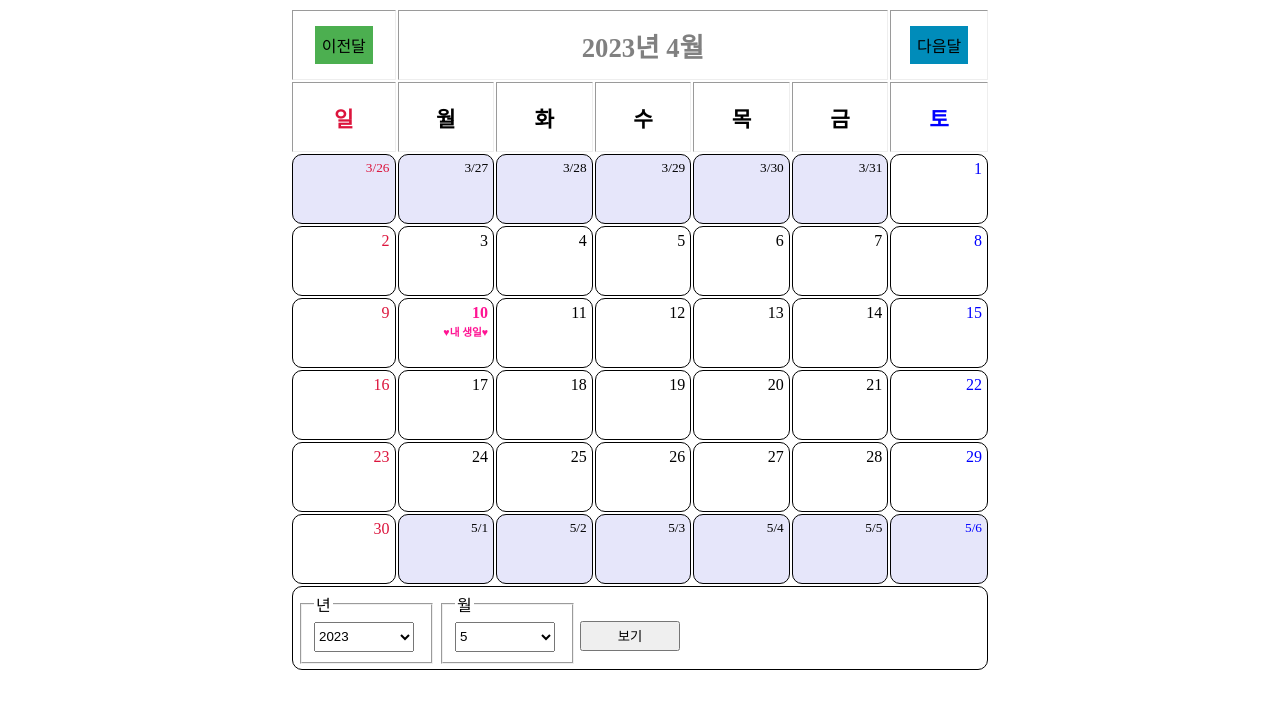
Repository: sangah-park98/jsp-class
Page: http://localhost/k20230502_1_calendar/calendar.jsp?year=2023&month=4
The author's editor kept a copy of each file at every save. The page is drawn from the files as they stood at one save, then again after the next save.
The browser window is 1280 px wide. The pictures show the whole page.
The page is served by Tomcat 9.

Above is the page before, as saved 2023-05-02 09:28:27.

### k20230502_1_calendar/src/main/webapp/calendar.jsp
<%@page import="java.util.Calendar"%>
<%@page import="java.util.Date"%>
<%@page import="com.tjoeun.myCalendar.MyCalendar"%>
<%@ page language="java" contentType="text/html; charset=UTF-8" pageEncoding="UTF-8"%>
<!DOCTYPE html>
<html>
<head>
<meta charset="UTF-8">
<title>만년 달력</title>

<style type="text/css">

	table{
		/* border: 선두께 선종류 선색상 */
		border: 0px solid;
	}
	tr {
		height: 70px;
		border-width: 0px;
		font-family: SB 어그로;
	}
	th {
		font-size: 16pt;
		width: 100px;
	}
	th#title {
		font-size: 20pt; /* 글꼴 크기 */
		font-weight: bold; /* 글꼴 두께 */
		color: grey;
	}
	th#sunday {
		color: Crimson;
	}
	th#saturday {
		color: blue;
	}
	td {
		text-align: right; /* 수평 정렬 */
		vertical-align: top; /* 수직 정렬 top, middle, bottom */
		border: 1px solid black;
		border-radius: 10px;
	}

	td.sun {
		color: Crimson;
	}
	td.sat {
		color: blue;
	}
	td#beforesun {
		color: Crimson;
		font-size: 10pt;
		background-color: lavender;
	}
	td.before {
		font-size: 10pt;
		background-color: lavender;
	}
	td#aftersat {
		color: blue;
		font-size: 10pt;
		background-color: lavender;
	}
	td.after {
		font-size: 10pt;
		background-color: lavender;
	}
	td#choice {
		text-align: left;
		vertical-align: middle;
	}
	td.holiday {
		color: red;
		background-color: white;
		font-weight: bold;
	}
	td.star {
		color: DeepPink;
		background-color: white;
		font-weight: bold;
	}
	span {
		font-size: 8pt;
	}

	/*
	하이퍼링크 스타일 지정하기
	link: 1번도 클릭하지 않은 하이퍼링크
	visited: 1번 이상 클릭한 하이퍼링크
	hover: 하이퍼링크에 마우스를 올리고 있을 때
	active: 하이퍼링크를 마우스로 누르고 있을 때

	 a:link {
		color: black;
		text-decoration: none;
	}
	 a:visited {
		color: black;
		text-decoration: none;
	}
	  a:link, a:visited {
		color: black;
		text-decoration: none;
	}
	 */
	  a {
		color: black;
		text-decoration: none; /* 밑줄 */
	}
	  a:hover {
		color: blue;
		text-decoration: underline;
	}
	  a:active {
		color: dodgerblue;
		text-decoration: underline;
	}

	 .button {
	  background-color: #4CAF50; /* Green */
	  border: none;
	  color: white;
	  padding: 5px;
	  text-align: center;
	  text-decoration: none;
	  display: inline-block;
	  font-size: 16px;
	  margin: 0; /* 바깥 여백 */
	  transition-duration: 0.4s; /* 색이 바뀌는데 걸리는 시간 */
	  cursor: default; /* 마우스 모양 */
	}

	.button1 {
	  background-color: #4CAF50;
	  color: black;
	  border: 2px solid #4CAF50;
	}

	.button1:hover {
	  background-color: #4CAF50;
	  color: white;
	}

	.button1:hover {
	  background-color: #4CAF50;
	  color: white;
	}

	.button2 {
	  background-color: #008CBA;
	  color: black;
	  border: 2px solid #008CBA;
	}

	.button2:hover {
	  background-color: #008CBA;
	  color: white;
	}

	.select {
		width: 100px;
		height: 30px;
	}

	fieldset {
		width: 105px;
		display: inline;
	}

</style>

</head>
<body>

<%
//	달력 메소드 테스트
//	out.println(MyCalendar.isLeapYear(2023));
//	out.println(MyCalendar.lastDay(2024, 2));
//	out.println(MyCalendar.totalDay(2023, 2, 28));
//	out.println(MyCalendar.weekDay(2023, 2, 28));

// 	컴퓨터 시스템의 년, 월을 얻어온다.
//	Date date = new Date();
//	int year = date.getYear()+ 1900;
//	int month = date.getMonth() +1;
//	out.println(year +"년 " + month + "월 ");

	Calendar calendar = Calendar.getInstance();
	int year = calendar.get(Calendar.YEAR);
	int month = calendar.get(Calendar.MONTH) +1;
//	out.println(year +"년 " + month + "월 ");

//		이전달, 다음달 하이퍼링크 또는 버튼을 클릭하면 get 방식으로 넘어오는 달력을 출력할 년, 월을 받는다.
//		달력이 최초로 실행되면 이전 페이지가 존재하지 않기 때문에 넘어오는 데이터가 없으므로 year와 month가
//		null이므로 NumberFormatException이 발생된다. => 예외처리를 해야 한다.
		try {
			year = Integer.parseInt(request.getParameter("year"));
			month = Integer.parseInt(request.getParameter("month"));

			// month에 13이 넘어왔으면 달력에는 다음해 1월을 표시해야 하고, month에 0이 넘어왔으면 달력에는
			// 전년도 12월을 표시해야 한다.
			if(month <= 0){
				year--;
				month = 12;
			} else if(month >= 13){
				year++;
				month = 1;
			}
		}
		catch(NumberFormatException e){

		}
%>

<table width="700" border="1" align="center" cellpadding="5" cellspacing="2" >
	<tr>
		<th>
			<!--
			<a> 태그가 설정된 문자열을 클릭하면 href 속성에 지정된 곳으로 이동한다.
			href 속성의 "#"뒤에 id(해시)를 지정하면 현재 문서에서 id가 지정된 요소로 이동(책갈피)하고
			url(주소)이 지정되면 지정된 url로 페이지를 이동한다.
			"?"뒤에 이동하는 페이지로 전달할 데이터를 넘겨주는데 이때 넘겨줄 데이터가 2건 이상이라면
			데이터와 데이터 사이에 "&"를 넣어서 구분한다.
			"?"뒤에는 절대로 띄어쓰기를 하면 안된다.
		 	-->
			<%-- <a href="?year=<%=year%>&month=<%=month-1%>">이전달</a> --%>
			<input class="button button1"
				   type="button"
				   value="이전달"
				   onclick="location.href='?year=<%=year%>&month=<%=month-1%>'">
		</th>
		<th id="title" colspan="5">
			<%=year%>년 <%=month%>월
		</th>
		<th>
			<%-- <a href="?year=<%=year%>&month=<%=month+1%>">다음달</a> --%>
			<button class="button button2"
			type="button"
			onclick="location.href='?year=<%=year%>&month=<%=month+1%>'">
			다음달
			</button>

		</th>
		</tr>


		<tr>
		<th id="sunday">일</th>
		<th>월</th>
		<th>화</th>
		<th>수</th>
		<th>목</th>
		<th>금</th>
		<th id="saturday">토</th>
	</tr>


	<!-- 달력에 날짜를 출력한다. -->
	<tr>
<%
	int last = MyCalendar.lastDay(year, month);

//	1일이 출력될 위치(요일)를 맞추기 위해 달력을 출력할 달 1일의 요일만큼 반복하며 빈칸을 출력한다.
//	for(int i=1; i<=MyCalendar.weekDay(year, month, 1); i++){
//			out.println("<td></td>");
//	}

//	빈칸에 출력할 전달 날짜의 시작일을 계산한다.
	int week = MyCalendar.weekDay(year, month, 1);
	int start = 0;
	if(month ==1){
		start = 31 - week;
	} else {
		start = MyCalendar.lastDay(year, month-1) - week;
	}
//	1일이 출력될 위치(요일)를 맞추기 위해 달력을 출력할 달 1일의 요일만큼 반복하며 전달 날짜를 출력한다.
	for(int i=0; i<week; i++){
		if(i==0){ // 일요일?
		out.println("<td id='beforesun'>" +(month ==1 ? 12: month-1)+ "/" + ++start + "</td>");
		} else {
		out.println("<td class='before'>" +(month ==1 ? 12: month-1)+ "/" + ++start + "</td>");
		}
	}



//	1일부터 달력을 출력할 달의 마지막 날짜까지 반복하며 날짜를 출력한다.
	for(int i=1; i<=MyCalendar.lastDay(year, month); i++){
	// 삼일절, 어린이날, 광복절, 개천절, 한글날, 설날, 추석, 석가탄신일이 토요일 또는
	// 일요일과 겹치는 경우 그 다음 첫번째 비공휴일을 대체 공휴일로 한다.
	boolean flag0301 = false;
	int subHoliday0301 = 0;
	if(MyCalendar.weekDay(year, 3, 1)==6){
		flag0301 = true;
		subHoliday0301 =3; // 3월 3일
	} else if(MyCalendar.weekDay(year, 3, 1)==0){
		flag0301 = true;
		subHoliday0301 = 2; // 3월 2일
	}

	boolean flag0501 = false;
	int subHoliday0501 = 0;
	if(MyCalendar.weekDay(year, 5, 1)==6){
		flag0501 = true;
		subHoliday0501 =3;
	} else if(MyCalendar.weekDay(year, 5, 1)==0){
		flag0501 = true;
		subHoliday0501 = 2;
	}
	boolean flag0505 = false;
	int subHoliday0505 = 0;
	if(MyCalendar.weekDay(year, 5, 5)==6){
		flag0505 = true;
		subHoliday0505 =7;
	} else if(MyCalendar.weekDay(year, 5, 5)==0){
		flag0505 = true;
		subHoliday0505 = 6;
	}
	boolean flag0606 = false;
	int subHoliday0606 = 0;
	if(MyCalendar.weekDay(year, 6, 6)==6){
		flag0606 = true;
		subHoliday0606 =8;
	} else if(MyCalendar.weekDay(year, 6, 6)==0){
		flag0606 = true;
		subHoliday0606 = 7;
	}
	boolean flag0815 = false;
	int subHoliday0815 = 0;
	if(MyCalendar.weekDay(year, 8, 15)==6){
		flag0815 = true;
		subHoliday0815 =17;
	} else if(MyCalendar.weekDay(year, 8, 15)==0){
		flag0815 = true;
		subHoliday0815 = 16;
	}
	boolean flag1003 = false;
	int subHoliday1003 = 0;
	if(MyCalendar.weekDay(year, 10, 3)==6){
		flag1003 = true;
		subHoliday1003 =5;
	} else if(MyCalendar.weekDay(year, 10, 03)==0){
		flag1003 = true;
		subHoliday1003 = 4;
	}

	boolean flag1009 = false;
	int subHoliday1009 = 0;
	if(MyCalendar.weekDay(year, 10, 9)==6){
		flag1009 = true;
		subHoliday1009 =11;
	} else if(MyCalendar.weekDay(year, 10, 9)==0){
		flag1009 = true;
		subHoliday1009 = 10;
	}
	boolean flag1225 = false;
	int subHoliday1225 = 0;
	if(MyCalendar.weekDay(year, 12, 25)==6){
		flag1225 = true;
		subHoliday1225 =27;
	} else if(MyCalendar.weekDay(year, 12, 25)==0){
		flag1225 = true;
		subHoliday1225 = 26;
	}


		// 양력 공휴일
		if(month ==1 && i==1){
			out.println("<td class='holiday'>" + i + "<br><span>신정</span></td>");

		} else if(month ==3 && i==1) {
			out.println("<td class='holiday'>" + i + "<br><span>삼일절</span></td>");

		} else if(month ==5 && i==1) {
			out.println("<td class='holiday'>" + i + "<br><span>근로자의 날</span></td>");

		} else if(month ==4 && i==10) {
			out.println("<td class='star'>" + i + "<br><span>♥내 생일♥</span></td>");

		} else if(month ==5 && i==5) {
			out.println("<td class='holiday'>" + i + "<br><span>어린이날</span></td>");

		} else if(month ==6 && i==6) {
			out.println("<td class='holiday'>" + i + "<br><span>현충일</span></td>");

		} else if(month ==8 && i==15){
			out.println("<td class='holiday'>" + i + "<br><span>광복절</span></td>");

		} else if(month ==10 && i==3){
			out.println("<td class='holiday'>" + i + "<br><span>개천절</span></td>");

		} else if(month ==10 && i==9){
			out.println("<td class='holiday'>" + i + "<br><span>한글날</span></td>");

		} else if(month ==12 && i==25){
			out.println("<td class='holiday'>" + i + "<br><span>크리스마스</span></td>");
		}

		// 대체 공휴일
		else if(flag0301 && month == 3 && i==subHoliday0301){
			out.println("<td class='holiday'>" + i + "<br><span>대체공휴일</span></td>");
		}
		else if(flag0501 && month == 5 && i==subHoliday0501){
			out.println("<td class='holiday'>" + i + "<br><span>대체공휴일</span></td>");
		}
		else if(flag0505 && month == 5 && i==subHoliday0505){
			out.println("<td class='holiday'>" + i + "<br><span>대체공휴일</span></td>");
		}
		else if(flag0606 && month == 6 && i==subHoliday0606){
			out.println("<td class='holiday'>" + i + "<br><span>대체공휴일</span></td>");
		}
		else if(flag0815 && month == 8 && i==subHoliday0815){
			out.println("<td class='holiday'>" + i + "<br><span>대체공휴일</span></td>");
		}
		else if(flag1003 && month == 10 && i==subHoliday1003){
			out.println("<td class='holiday'>" + i + "<br><span>대체공휴일</span></td>");
		}
		else if(flag1009 && month == 10 && i==subHoliday1009){
			out.println("<td class='holiday'>" + i + "<br><span>대체공휴일</span></td>");
		}
		else if(flag1225 && month == 12 && i==subHoliday1225){
			out.println("<td class='holiday'>" + i + "<br><span>대체공휴일</span></td>");
		}


		else { // 양력 공휴일을 제외한 나머지 날짜

		// <td> 태그에 요일에 따른 class 속성을 지정한다.
/* 		if(MyCalendar.weekDay(year, month, i)==0){ // 일요일?
			out.println("<td class='sun'>" + i + "</td>");
		} else if(MyCalendar.weekDay(year, month, i)==6){ // 토요일?
			out.println("<td class='sat'>" + i + "</td>");
		} else { // 평일?
			out.println("<td>" + i + "</td>");
		} */

		switch(MyCalendar.weekDay(year, month, i)) {
		case 0: // 일요일
			out.println("<td class='sun'>" + i + "</td>");
			break;
		case 6: // 토요일
			out.println("<td class='sat'>" + i + "</td>");
//		마지막 날이 토요일이고, 마지막 날이면 줄을 바꾸지 않는다.
			if(MyCalendar.weekDay(year, month, i)==6 && i==MyCalendar.lastDay(year, month)){
			}
			break;
		default:
			out.println("<td>" + i + "</td>");
			break;


		}
	}

	 // 출력한 날짜(i)가 토요일이고 그 달의 마지막 날짜가 아니면 줄을 바꾼다.

    if (MyCalendar.weekDay(year, month, i) == 6 && i != MyCalendar.lastDay(year, month)) {
       out.println("</tr><tr>");
    }
 }


//	다음 달 1일의 요일을 계산한다.
	if(month==12){
		week = MyCalendar.weekDay(year+1, 1, 1); // 12월
	} else{
		week = MyCalendar.weekDay(year, month+1, 1); // 1~11월
	}
//	다음달 1일이 일요일이면 남는 빈칸이 없으므로 다음달 날짜를 출력할 필요가 없다.
	if(week !=0){
//	날짜를 다 출력하고 남은 빈칸에 다음 달 1일의 요일부터 토요일까지 반복하며 출력한다.
		start = 1;
		for(int i=week; i<=6; i++){
			if(i==6){
			out.println("<td id='aftersat'>" +(month ==12 ? 1: month+1)+ "/" + start++ + "</td>");
			} else{
			out.println("<td class='after'>" +(month ==12 ? 1: month+1)+ "/" + start++ + "</td>");
			}
		}
	}

//	for(int i=0; i<6-MyCalendar.weekDay(year, month, last); i++){
//		out.println("<td>");
//		out.println("</td>");
//	}

%>
	</tr>
	<!-- 년, 월을 선택하고 보기 버튼을 클릭하면 선택된 달의 달력으로 한 번에 넘어가게 한다. -->
  <tr>
      <td id="choice" colspan="7">
      <form action="?">
               <fieldset>
               <legend>년</legend>
            <select name="year" class="select">
<%
   for (int i=1900; i<=2100; i++) {
	   if(calendar.get(Calendar.YEAR)==i){
         out.println("<option selected='selected'>" + i + "</option>");
	   } else {
         out.println("<option>" + i + "</option>");
	   }
   }
%>
            </select>
         </fieldset>

         <fieldset>
               <legend>월</legend>
            <select name="month" class="select">
<%
   for (int i=1; i<=12; i++) {
	   if(calendar.get(Calendar.MONTH) +1==i){
	         out.println("<option selected='selected'>" + i + "</option>");
		} else {
	         out.println("<option>" + i + "</option>");
		   }
         out.println("<option>" + i + "</option>");
   }
%>
            </select>
         </fieldset>
         <input type="submit" value="보기" class="select">
         </form>
      </td>
   </tr>

</table>

</body>
</html>

### k20230502_1_calendar/src/main/java/com/tjoeun/myCalendar/MyCalendar.java
package com.tjoeun.myCalendar;

//	달력 작업에 필요한 메소드를 모아놓은 클래스
public class MyCalendar {

//	년도를 인수로 넘겨받아 윤년, 평년을 판단해 윤년이면 true, 평년이면 false를 리턴하는 메소드
//	isLeapYear
	public static boolean isLeapYear(int year) {
		return year%4==0 && year%100 !=0 || year%400 ==0;
	}

//	년, 월을 인수로 넘겨받아 그 달의 마지막 날짜를 리턴하는 메소드
//	lastDay
	public static int lastDay(int year, int month) {
		int[] m = {31, 0, 31, 30, 31, 30, 31, 31, 30, 31, 30, 31};
		m[1] = isLeapYear(year) ? 29: 28;
			return m[month-1];
	}

//	년, 월, 일을 인수로 넘겨받아 1년 1월 1일부터 지난 날짜를 계산해 리턴하는 메소드
//	totalDay
	public static int totalDay(int year, int month, int day) {
		int sum = (year-1)*365 + (year-1)/4 -(year-1)/100 + (year-1)/400;
		for(int i=1; i<month; i++) {
			sum += lastDay(year, i);
		}
		return sum + day;
	}


//	년, 월, 일을 인수로 넘겨받아 요일을 숫자로 계산해 리턴하는 메소드
//	일요일(0), 월요일(1), 화요일(2), 수요일(3), 목요일(4), 금요일(5), 토요일(6)
//	weekDay
	public static int weekDay(int year, int month, int day) {
		return totalDay(year, month, day) %7;
	}


}

After the next save:
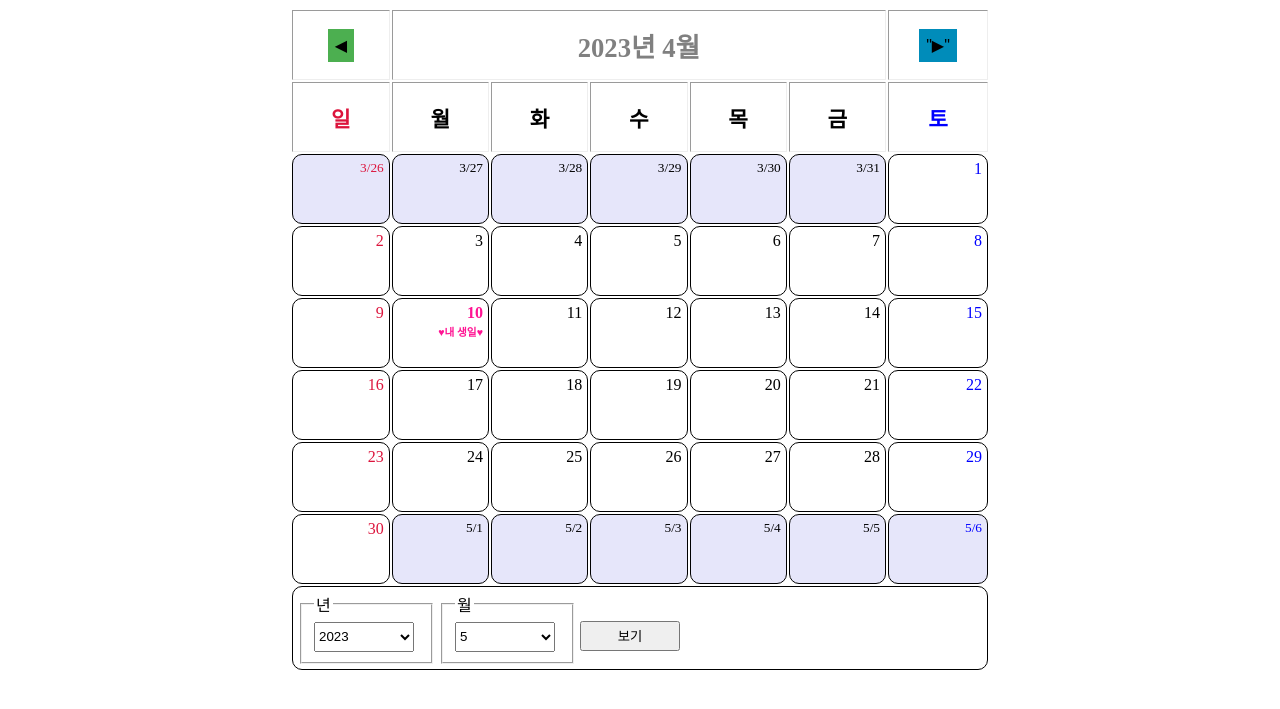
Saved 94 s later.
--- a/k20230502_1_calendar/src/main/webapp/calendar.jsp
+++ b/k20230502_1_calendar/src/main/webapp/calendar.jsp
@@ -226,7 +226,7 @@
 			<%-- <a href="?year=<%=year%>&month=<%=month-1%>">이전달</a> --%>
 			<input class="button button1"
 				   type="button"
-				   value="이전달"
+				   value="◀"
 				   onclick="location.href='?year=<%=year%>&month=<%=month-1%>'">
 		</th>
 		<th id="title" colspan="5">
@@ -237,7 +237,7 @@
 			<button class="button button2"
 			type="button"
 			onclick="location.href='?year=<%=year%>&month=<%=month+1%>'">
-			다음달
+			  "▶"
 			</button>
 
 		</th>
